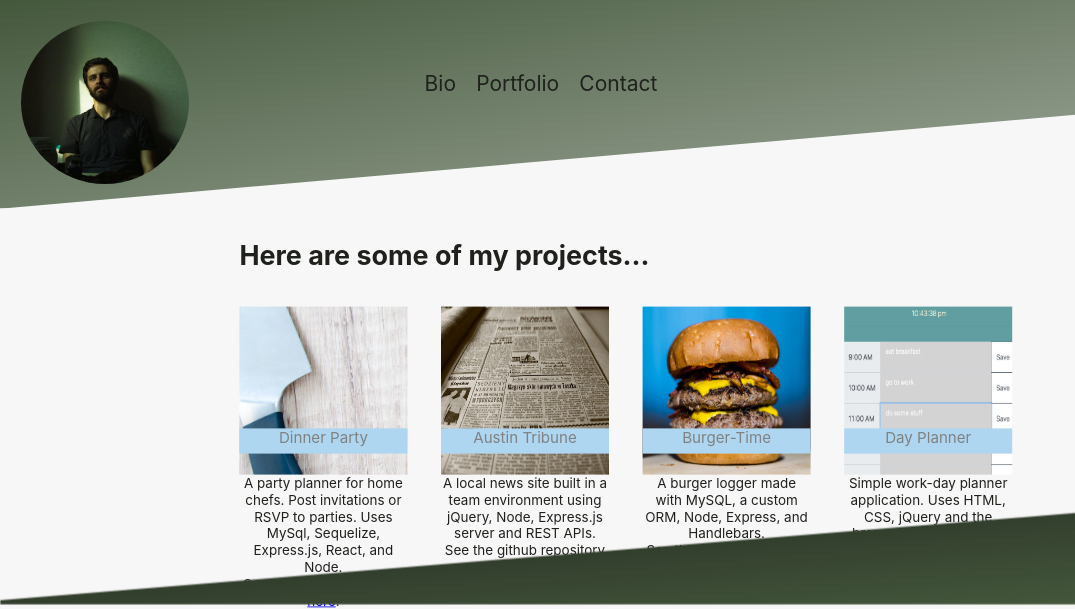
Repository: joeldelatte/react-portfolio
Page: /portfolio (app in client/)
An editor plug-in stored every save of this project. The page is shown before and after the next save, followed by the edit.
The browser window is 1280 px wide. The pictures show the whole page, at 84% of full size.
The project was rebuilt for these pictures with package versions that can differ from the ones it lists, and the page was loaded fresh each time. Also part of the build but not shown: client/src/App.css, client/src/Components/Bio/bio.css, client/src/Components/Bio/Bio.js, client/src/Components/Contact/contact.css, client/src/Components/Contact/Contact.js.

Above is the page before, as saved 2020-07-08 22:16:39.

After the next save:
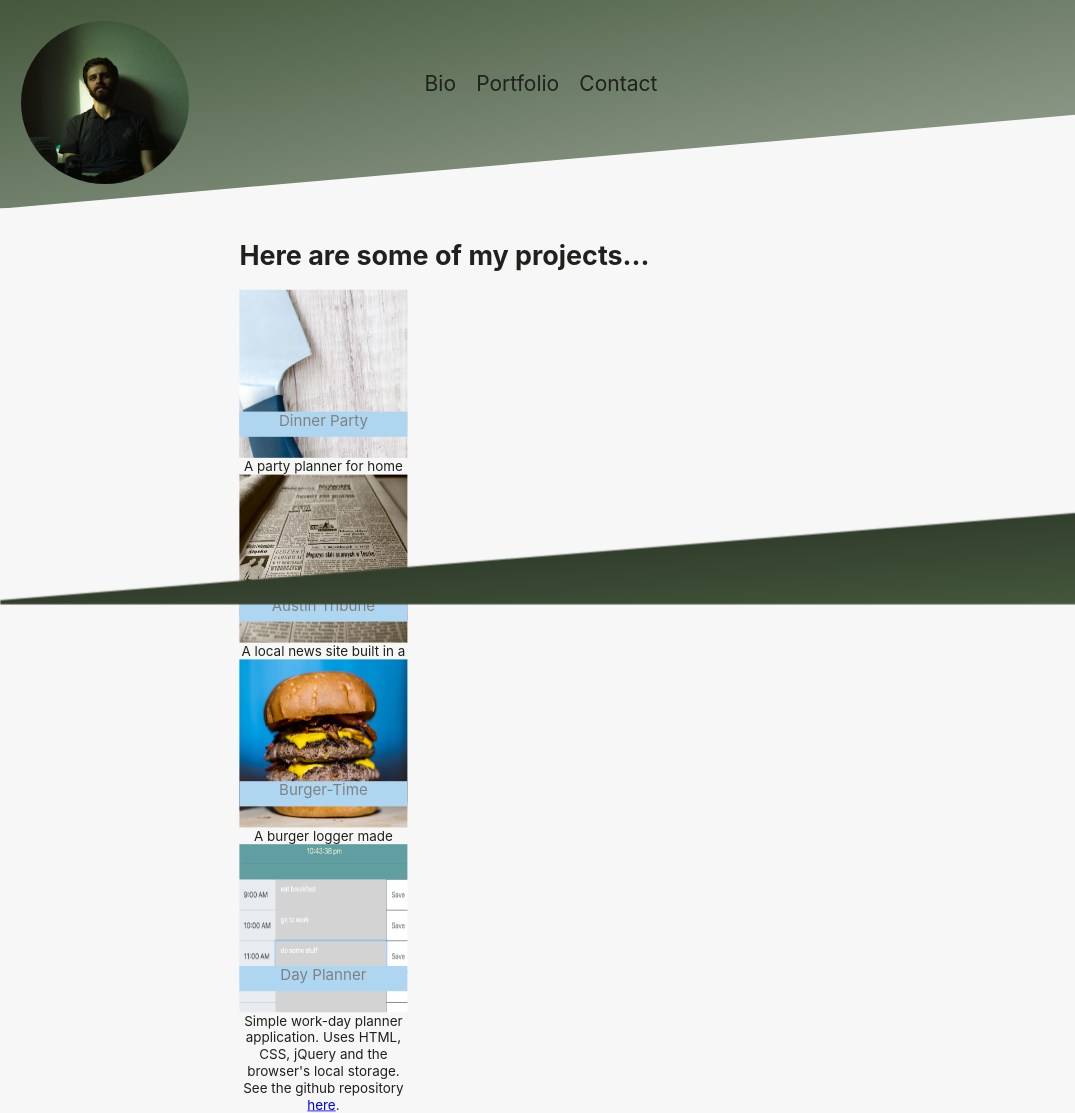
Saved 2 min 40 s later.
--- a/client/src/Components/Portfolio/portfolio.css
+++ b/client/src/Components/Portfolio/portfolio.css
@@ -10,7 +10,7 @@
 .projectBox {
     width: 200px;
     height: 200px;
-    float: left;
+    /* float: left; */
     position: relative;
     text-align: center;
     margin: 20px;

After the save that followed:
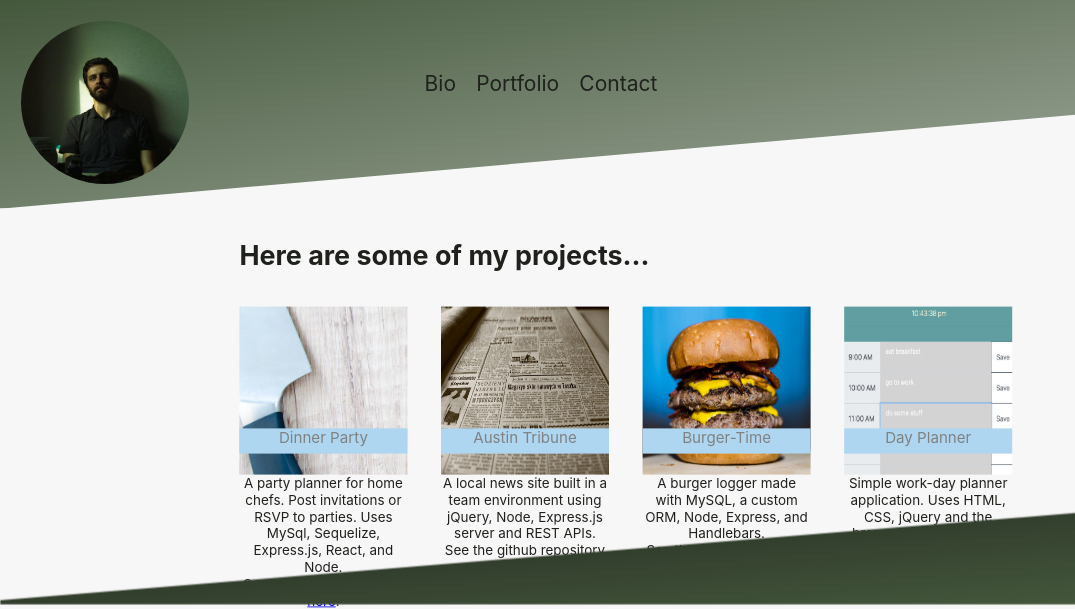
Saved 6 s later.
--- a/client/src/Components/Portfolio/portfolio.css
+++ b/client/src/Components/Portfolio/portfolio.css
@@ -10,7 +10,7 @@
 .projectBox {
     width: 200px;
     height: 200px;
-    /* float: left; */
+    float: left;
     position: relative;
     text-align: center;
     margin: 20px;
